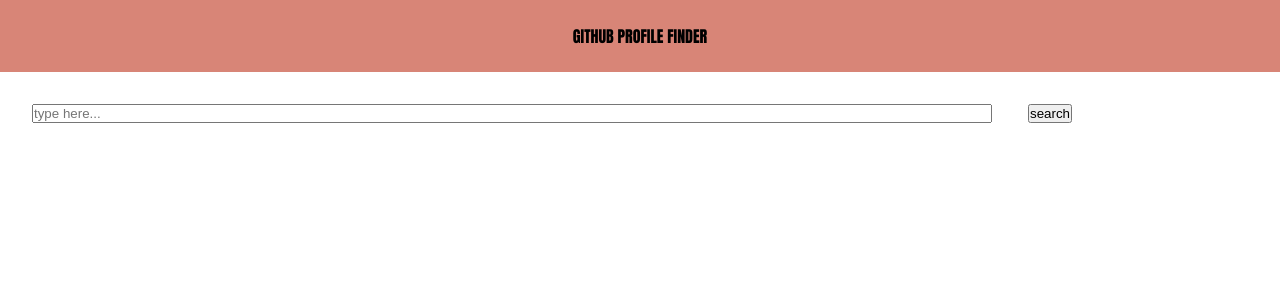
Repository: nilesjamex/githubprofilefinder
Page: index.html
An editor plug-in stored every save of this project. The page is shown before and after the next save, followed by the edit.
The browser window is 1280 px wide. The pictures show the whole page.

Above is the page before, as saved 2020-11-18 22:52:04.

### index.html
<!DOCTYPE html>
<html lang="en">
<head>
    <meta charset="UTF-8">
    <meta name="viewport" content="width=device-width, initial-scale=1.0">
    <meta http-equiv="X-UA-Compatible" content="IE=7">
    <meta name="description" content="github profile finder niles egbaidomeh">
    <link rel="stylesheet" href="./styles.css">
    <link rel="preconnect" href="https://fonts.gstatic.com">
    <link href="https://fonts.googleapis.com/css2?family=Anton&family=Roboto+Condensed:ital,wght@0,700;1,300&display=swap" rel="stylesheet">
    <title>Github Profile Finder</title>
</head>
<body>
  <nav>
      <div class="nav-text">
          GITHUB PROFILE FINDER
      </div>
  </nav>
  <section>
      <div>
          <form method="get">
              <input type="text" name="" placeholder="type here..." id="" size="70%">
              <input type="submit" value="search">
          </form>
      </div>
      <div class="api-container">

      </div>
  </section>
</body>
</html>

### styles.css
*{
    margin: 0;
    padding: 0;
    box-sizing: border-box;
}
nav{
    min-height: 10vh;
    background-color: #d88577;
    display: flex;
    justify-content: center;
    align-items: center;
}
.nav-text{
    font-family: 'Anton', sans-serif;
}
input[type=text]{
    width: 75%;
    margin: 2rem;
}

After the next save:
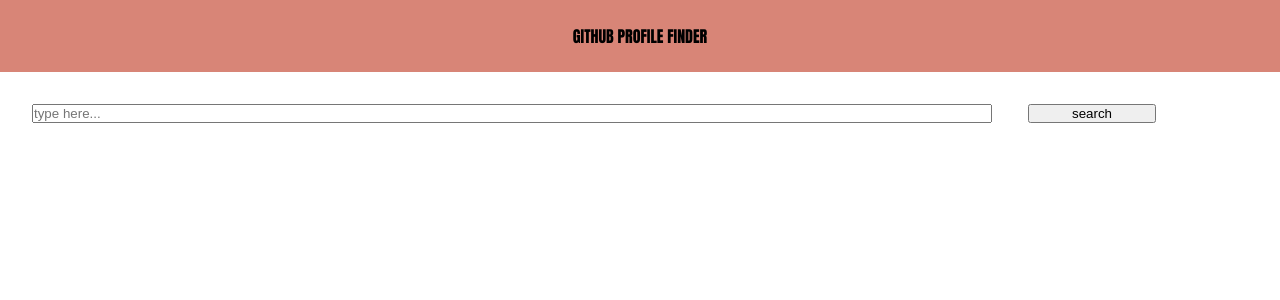
Saved 89 s later.
--- a/styles.css
+++ b/styles.css
@@ -17,3 +17,6 @@
     width: 75%;
     margin: 2rem;
 }
+input[type=submit]{
+    width: 10%;
+}
